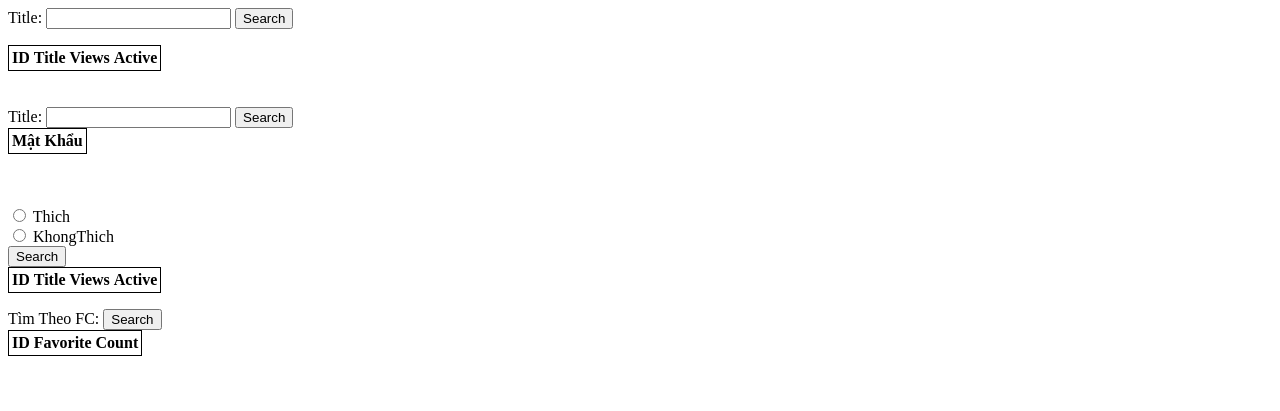
Repository: Hacorbie/Java-Servlet
Page: http://localhost/Lab6_Java4/views/NewFile.jsp
The author's editor kept a copy of each file at every save. The page is drawn from the files as they stood at one save, then again after the next save.
The browser window is 1280 px wide. The pictures show the whole page.
The page is served by Tomcat 9. Other server files are loaded and not shown. The template is opened directly, without the code that normally fills it, so the values that code supplies are empty.

Above is the page before, as saved 2023-04-03 09:30:04.

### Lab6_Java4/src/main/webapp/views/NewFile.jsp
<%@ taglib uri="http://java.sun.com/jsp/jstl/core" prefix="c"%>
<%@ page language="java" contentType="text/html; charset=UTF-8"
	pageEncoding="UTF-8"%>
<html>
<meta charset="UTF-8">
<head>
<title>Search Videos</title>
</head>
<body>

	<form action="/Lab6_Java4/Lab6" method="POST">
		<label>Title:</label> <input type="text" name="searchvid">
		<button type="submit" formaction="SearchVid">Search</button>
	</form>
	<table style="border: 1px solid black">
		<thead>
			<tr>
				<th>ID</th>
				<th>Title</th>
				<th>Views</th>
				<th>Active</th>
			</tr>
		</thead>
		<tbody>
			<c:forEach items="${videos}" var="video">
				<tr>
					<td>${video.id}</td>
					<td>${video.title}</td>
					<td>${video.views}</td>
					<td>${video.active}</td>
				</tr>
			</c:forEach>
		</tbody>
	</table>
	<br>
	<br>
	<form action="/Lab6_Java4/Lab6" method="POST">
		<label>Title:</label> <input type="text" name="searchUserByVid">
		<button type="submit" formaction="SearchUser">Search</button>
		<table style="border: 1px solid black">
			<thead>
				<tr>
					<th>Mật Khẩu</th>

				</tr>
			</thead>
			<tbody>
				<c:forEach items="${users}" var="user">
					<tr>
						<td>${user.password}</td>
						<%--                     <td>${video.title}</td> --%>
						<%--                     <td>${video.views}</td> --%>
						<%--                     <td>${video.active}</td> --%>
					</tr>
				</c:forEach>
			</tbody>
		</table>
		<br> <br>
	</form>
	<form action="/Lab6_Java4/Lab6" method="POST">
	</form>
			<input type="radio" name ="thichh" value = "yes" >
		<label> Thich</label><br>
		<input type="radio" name ="thichh" value = "no">
		<label> KhongThich</label><br>
			<button type="submit">Search</button>
			<table style="border: 1px solid black">
			<thead>
				<tr>
					<th>ID</th>
					<th>Title</th>
					<th>Views</th>
					<th>Active</th>

				</tr>
			</thead>
			<tbody>
				<c:forEach items="${videobyfs}" var="videobyf">
					<tr>
						<td>${videobyf.id}</td>
					<td>${videobyf.title}</td>
					<td>${videobyf.views}</td>
					<td>${videobyf.active}</td>
					</tr>
				</c:forEach>
			</tbody>
		</table>
	<form action="/Lab6_Java4/Lab6" method="POST">
	</form>
	<label>Tìm Theo FC:</label>
		<button type="submit" formaction="SearchVidByCount">Search</button>
			<table style="border: 1px solid black">
			<thead>
				<tr>
					<th>ID</th>
					<th>Favorite Count</th>

				</tr>
			</thead>
			<tbody>
				<c:forEach items="${rps}" var="rp">
					<tr>
						<td>${rp.gropp}</td>
					<td>${rp.like}</td>
					</tr>
				</c:forEach>
			</tbody>
		</table>
</body>
</html>

After the next save:
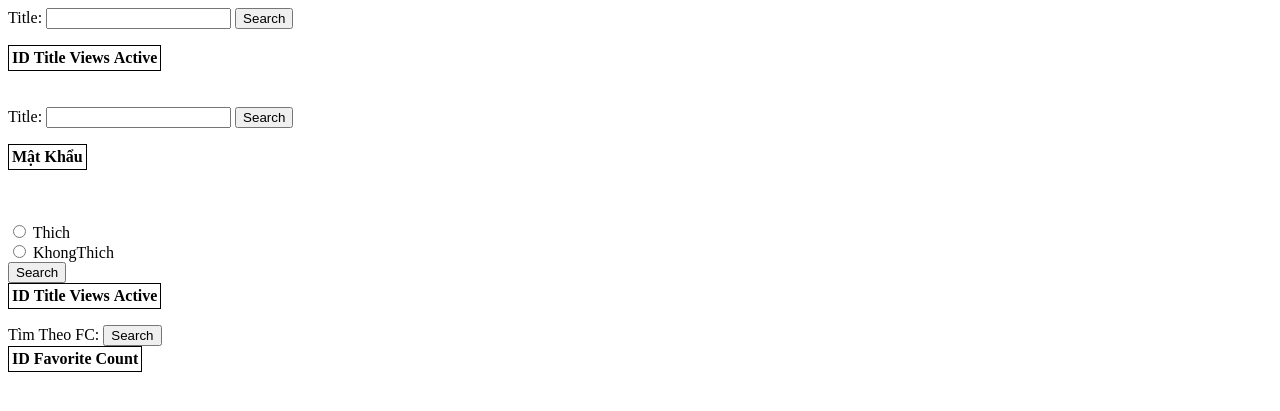
Saved 22 s later.
--- a/Lab6_Java4/src/main/webapp/views/NewFile.jsp
+++ b/Lab6_Java4/src/main/webapp/views/NewFile.jsp
@@ -37,7 +37,9 @@
 	<form action="/Lab6_Java4/Lab6" method="POST">
 		<label>Title:</label> <input type="text" name="searchUserByVid">
 		<button type="submit" formaction="SearchUser">Search</button>
-		<table style="border: 1px solid black">
+
+	</form>
+	<table style="border: 1px solid black">
 			<thead>
 				<tr>
 					<th>Mật Khẩu</th>
@@ -56,7 +58,6 @@
 			</tbody>
 		</table>
 		<br> <br>
-	</form>
 	<form action="/Lab6_Java4/Lab6" method="POST">
 	</form>
 			<input type="radio" name ="thichh" value = "yes" >
